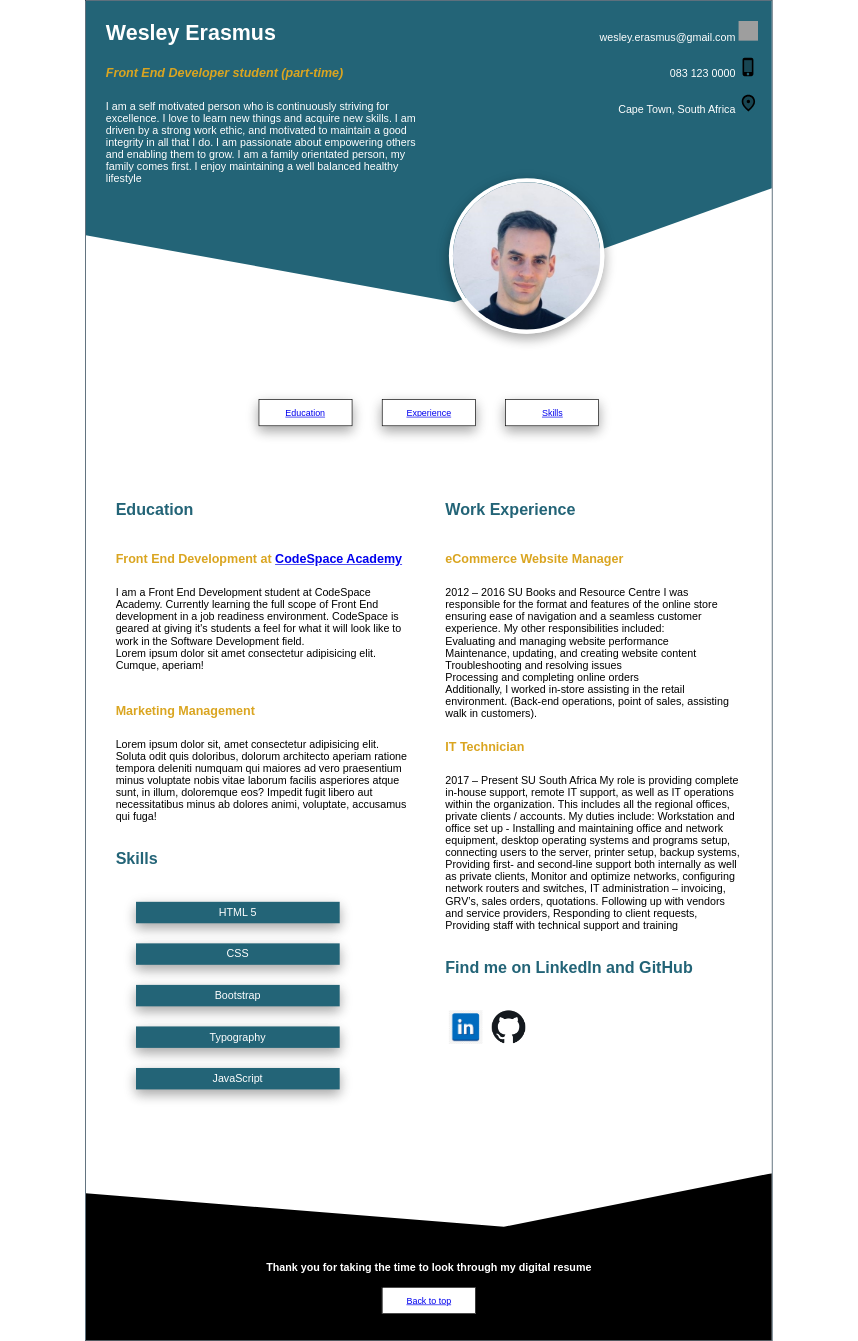
Repository: WesleyErasmus/myDigitalResume
Page: Resume-Projec-3/index.html
The author's editor kept a copy of each file at every save. The page is drawn from the files as they stood at one save, then again after the next save.
The browser window is 1280 px wide. The pictures show the whole page, at 67% of full size.
Pictures or frames that could not be fetched are drawn as grey boxes.

Above is the page before, as saved 2022-02-12 23:26:47.

After the next save:
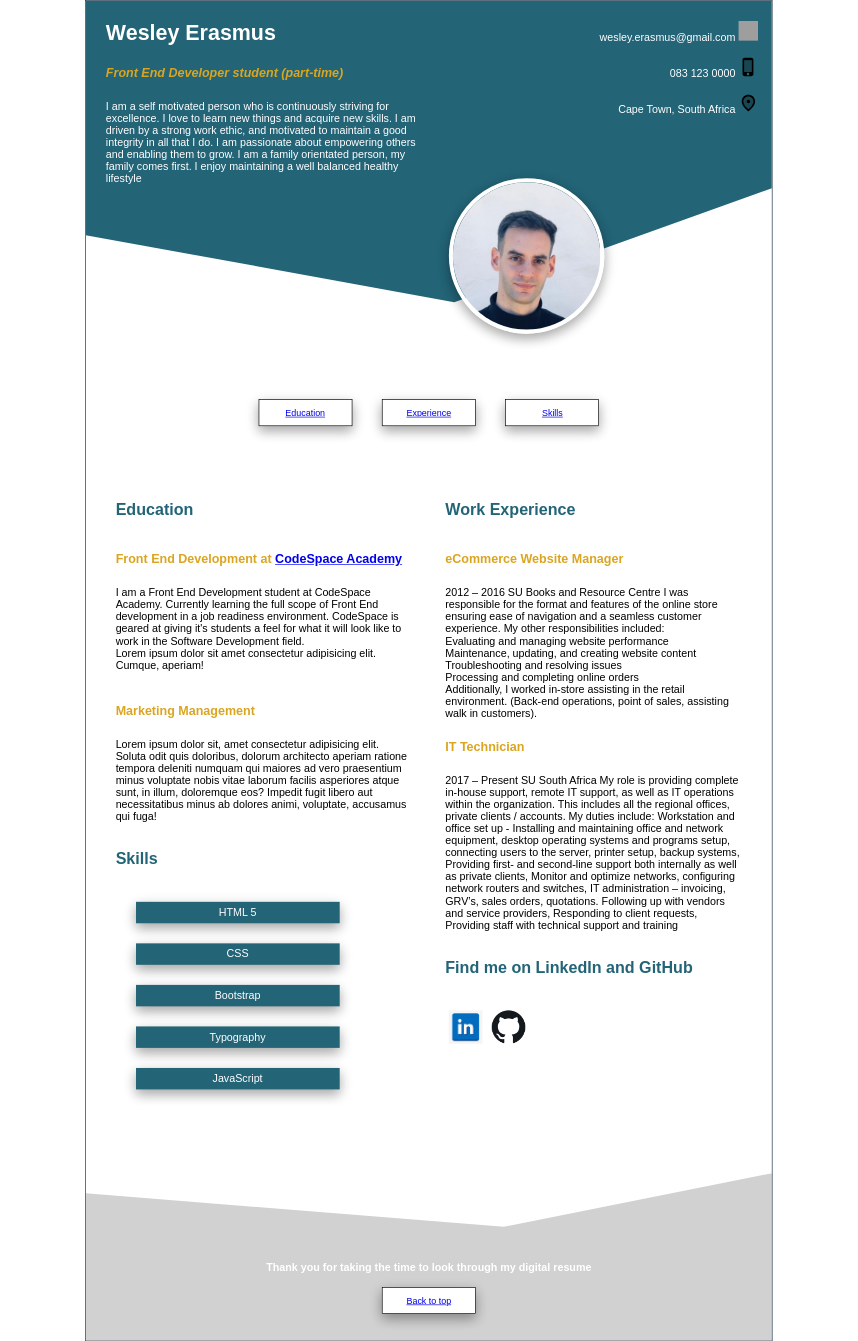
Saved 13 s later.
--- a/Resume-Projec-3/index.html
+++ b/Resume-Projec-3/index.html
@@ -112,7 +112,7 @@
     <svg class="svg-bot">
       <!-- <rect width="100%" height="100%" fill="red" />
       <circle cx="100%" cy="100%" r="150" fill="blue" stroke="black" /> -->
-      <polygon points="0,30 624,80 1024,0 1024,250 0,250" fill="D1D1D1"/>
+      <polygon points="0,30 624,80 1024,0 1024,250 0,250" fill="#D1D1D1"/>
     </svg>
 
   </footer>
